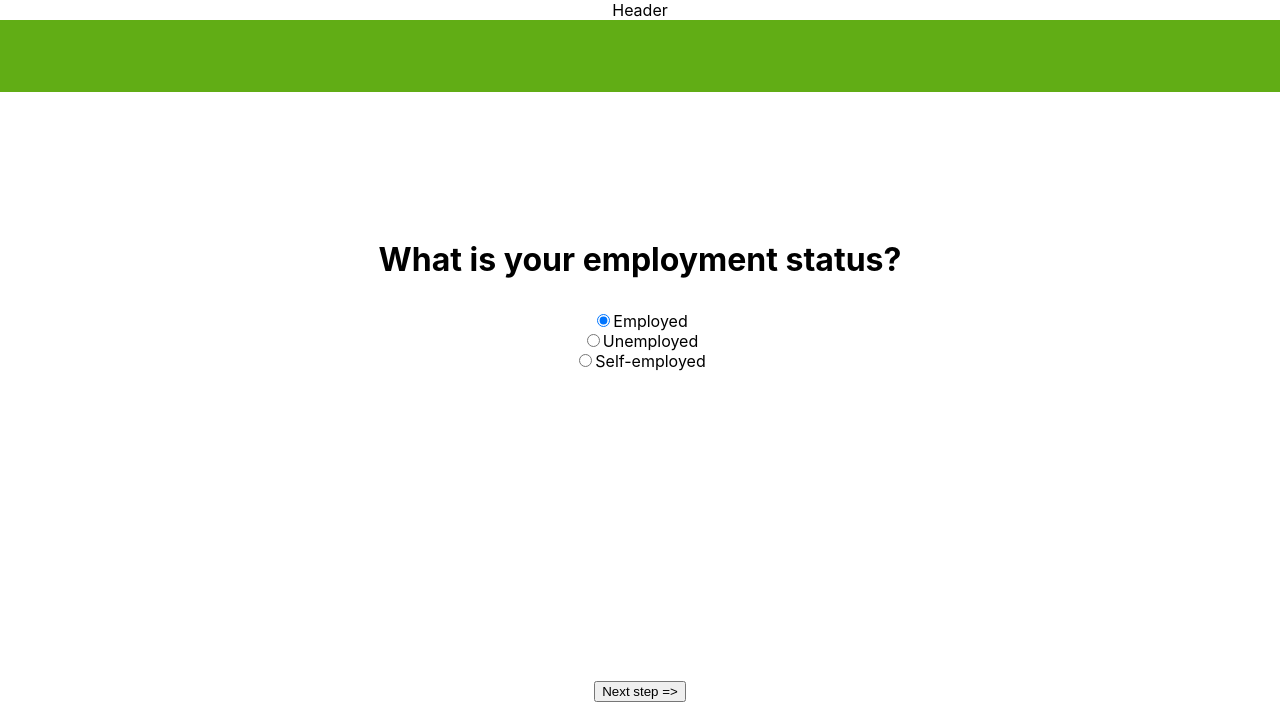
Repository: andbilous/task-survey
Page: /
These files come from the project's save history. The page is drawn as it stood at one moment and after a run of saves; the edit follows.
The browser window is 1280 px wide. The pictures show the whole page.
The project was rebuilt for these pictures with package versions that can differ from the ones it lists, and the page was loaded fresh each time.

Above is the page before, as saved 2020-06-16 17:55:51.

### src/App.js
import React from 'react';
import './App.css';
import Header from './components/Header';
import Footer from './components/Footer';
import EmploymentStatusPage from './pages/EmploymentStatus';
import { Provider } from 'react-redux'
import { store } from './redux/store'

function App() {
  return (
    <Provider store={store}>
    <div className="App">
      <Header/>
      <EmploymentStatusPage/>
      <Footer/>
    </div>
    </Provider>
  );
}

export default App;

### src/App.css
*{
  text-align: center;
}
/* .App {
  text-align: center;
  background-color: #333;
}

.App-logo {
  height: 40vmin;
  pointer-events: none;
}

@media (prefers-reduced-motion: no-preference) {
  .App-logo {
    animation: App-logo-spin infinite 20s linear;
  }
}

.App-header {
  background-color: #282c34;
  min-height: 100vh;
  display: flex;
  flex-direction: column;
  align-items: center;
  justify-content: center;
  font-size: calc(10px + 2vmin);
  color: white;
}

.App-link {
  color: #61dafb;
}

@keyframes App-logo-spin {
  from {
    transform: rotate(0deg);
  }
  to {
    transform: rotate(360deg);
  }
} */

### src/components/Header.jsx
import React from "react";

const Header = () => {
  return (
    <div style={styles.general}>
      Header
      <div style={styles.progressBar}></div>
    </div>
  );
};

const styles = {
  general: {
    position: "absolute",
    left: "0%",
    right: "0%",
    top: "0%",
    bottom: "0%",
    height: "133px",
    backgroundColor: "#fff",
  },
  progressBar: {
    height: "72px",
    width: "100%",
    backgroundColor: "#61AD15",
  },
};

export default Header;

### src/components/Footer.jsx
import React from "react";

const Footer = () => {
  return <div style={styles.general}>
    <button>Next step =></button>
  </div>;
};

const styles = {
  general: {
    position: "absolute",
    bottom: "0",
    width: "100%",
    height: "2.5rem",
    backgroundColor: '#fff'
  },
};

export default Footer;

### src/pages/EmploymentStatus.jsx
import React from "react";

const EmploymentStatusPage = () => {
  const handleChange=(e)=>{
    console.log(e.target.value)
  }
  return (
    <div style={{ backgroundColor: "#fff",marginTop: "15rem" }}>
      <h1>What is your employment status?</h1>
      <form>
        <div style={{marginTop: '2rem'}} className="radio">
          <label>
            <input onChange={handleChange} name='1' type="radio" value="option1" checked={true} />
            Employed
          </label>
        </div>
        <div className="radio">
          <label>
            <input onChange={handleChange} name='1' type="radio" value="option2" />
            Unemployed
          </label>
        </div>
        <div className="radio">
          <label>
            <input onChange={handleChange} name='1' type="radio" value="option3" />
            Self-employed
          </label>
        </div>
      </form>
    </div>
  );
};

export default EmploymentStatusPage;

### src/redux/store.js
import { applyMiddleware, createStore } from 'redux';
import logger from 'redux-logger';
import thunk from 'redux-thunk';

import { rootReducer } from './rootReducer';

const middleware = [thunk, logger];

export const store = createStore(rootReducer, applyMiddleware(...middleware));

### src/redux/rootReducer.js
import { combineReducers } from 'redux'
import surveyReducer from './survey/reducer'

export const rootReducer = combineReducers({
  surveyReducer
})

### src/redux/survey/reducer.js
import types from './types'

const initialValues = {
  users: [],
  isLoading: false,
  userData: {}
}

const surveyReducer = (state = initialValues, { type, payload }) => {
  switch (type) {
    case types.FETCH_USERS_START:
    case types.GET_USERDATA_START:
      return {
        ...state,
        isLoading: true
      }
    case types.GET_USERDATA_SUCCESS:
      return {
        ...state,
        isLoading: false,
        userData: payload
      }
    case types.FETCH_USERS_SUCCESS:
      return {
        ...state,
        isLoading: false,
        users: payload
      }
    case types.GET_USERDATA_FAILURE:
    case types.FETCH_USERS_FAILURE:
      return {
        ...state,
        isLoading: true
      }
    default:
      return state
  }
}

export default surveyReducer;

Loaded but not shown: public/index.html (common file); src/index.js (common file); src/index.css (common file); src/serviceWorker.js (common file); src/redux/survey/types.js (no copy from this time; the picture is the same without it)

After the next 2 saves:
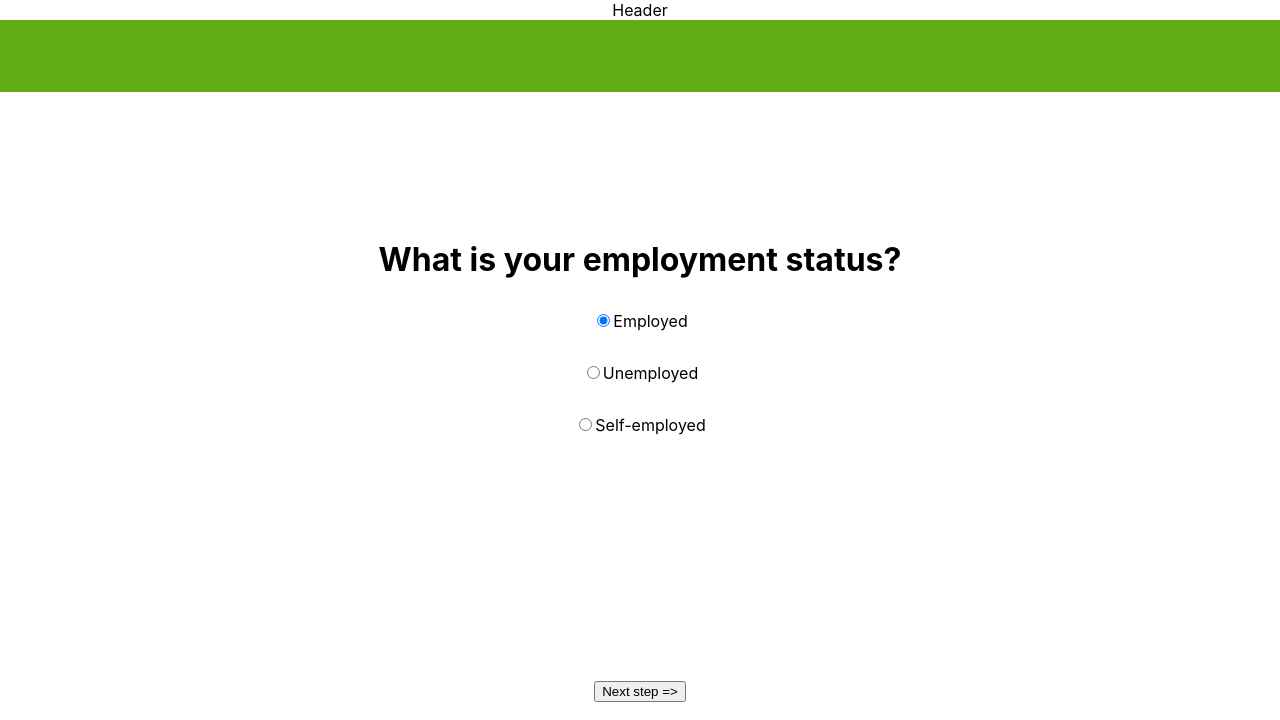
The 2 saves are shown as one change because they came seconds apart.
The last was saved 6 s later.
--- a/src/pages/EmploymentStatus.jsx
+++ b/src/pages/EmploymentStatus.jsx
@@ -14,13 +14,13 @@ const EmploymentStatusPage = () => {
             Employed
           </label>
         </div>
-        <div className="radio">
+        <div style={{marginTop: '2rem'}} className="radio">
           <label>
             <input onChange={handleChange} name='1' type="radio" value="option2" />
             Unemployed
           </label>
         </div>
-        <div className="radio">
+        <div style={{marginTop: '2rem'}} className="radio">
           <label>
             <input onChange={handleChange} name='1' type="radio" value="option3" />
             Self-employed
